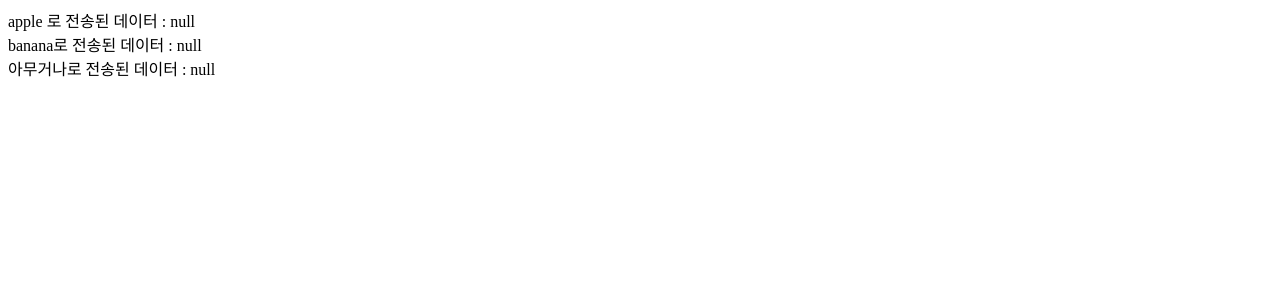
Repository: dwanGim/JSP_basic
Page: http://localhost/20220322/jspobject/request/req_param.jsp
These files come from the project's save history. The page is drawn as it stood at one moment and after the next save; the edit follows.
The browser window is 1280 px wide. The pictures show the whole page.
The page is served by Tomcat 9.

Above is the page before, as saved 2022-03-24 12:08:10.

### 20220322/src/main/webapp/jspobject/request/req_param.jsp
<%--
	요청 파라미터

	- 클라이언트 측에서 서버로 데이터를 요청할 때 전달되는 변수를
	요청 파라미터라고 부릅니다.

	- 요청 파라미터는 URL주소 뒤에 ?를 붙인 이후에 [파라미터 변수명=값]을
	통해 서버로 데이터를 전달할 수 있습니다.

	-요청 파라미터를 여러개 전달할 때는 두 번째부터 &를 붙여서 나열합니다.
 --%>
<%
	// 클라이언트의 전송 데이터를 받아오는 방법
	// 내장객체 request의 getParameter("변수명")을 사용
	String a = request.getParameter("apple");
	String b = request.getParameter("banana");

	// 임의로 받아올 수 있는 request.getParameter("변수명")을
	// 작성하고 변수 c에 저장한 후 body에 출력해보자.

	String c = request.getParameter("아무거나");
	String d = request.getParameter("보리차");
	String e = request.getParameter("유자차");
%>


<%@ page language="java" contentType="text/html; charset=UTF-8"
    pageEncoding="UTF-8"%>
<!DOCTYPE html>
<html>
<head>
<meta charset="UTF-8">
<title>Insert title here</title>
</head>
<body>
	apple 로 전송된 데이터 : <%= a %><br/>
	banana로 전송된 데이터 : <%= b %><br/>
	아무거나로 전송된 데이터 : <%= c %>


</body>
</html>

After the next save:
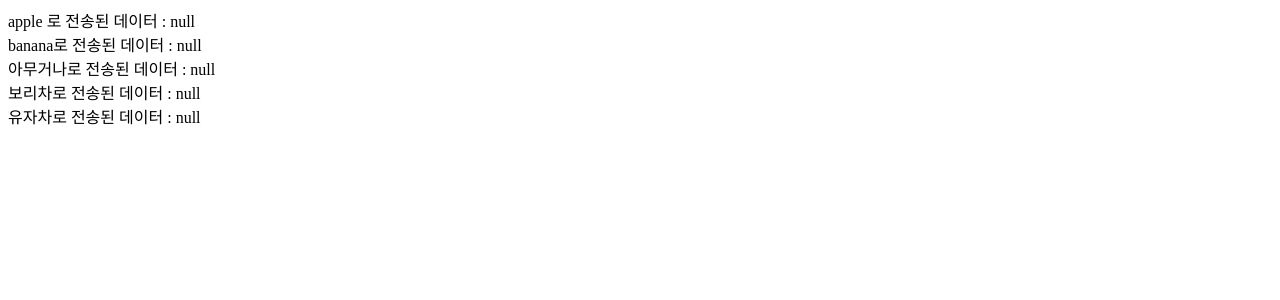
Saved 50 s later.
--- a/20220322/src/main/webapp/jspobject/request/req_param.jsp
+++ b/20220322/src/main/webapp/jspobject/request/req_param.jsp
@@ -35,7 +35,9 @@
 <body>
 	apple 로 전송된 데이터 : <%= a %><br/>
 	banana로 전송된 데이터 : <%= b %><br/>
-	아무거나로 전송된 데이터 : <%= c %>
+	아무거나로 전송된 데이터 : <%= c %><br/>
+	보리차로 전송된 데이터 : <%= d %><br/>
+	유자차로 전송된 데이터 : <%= e %><br/>
 
 
 </body>
